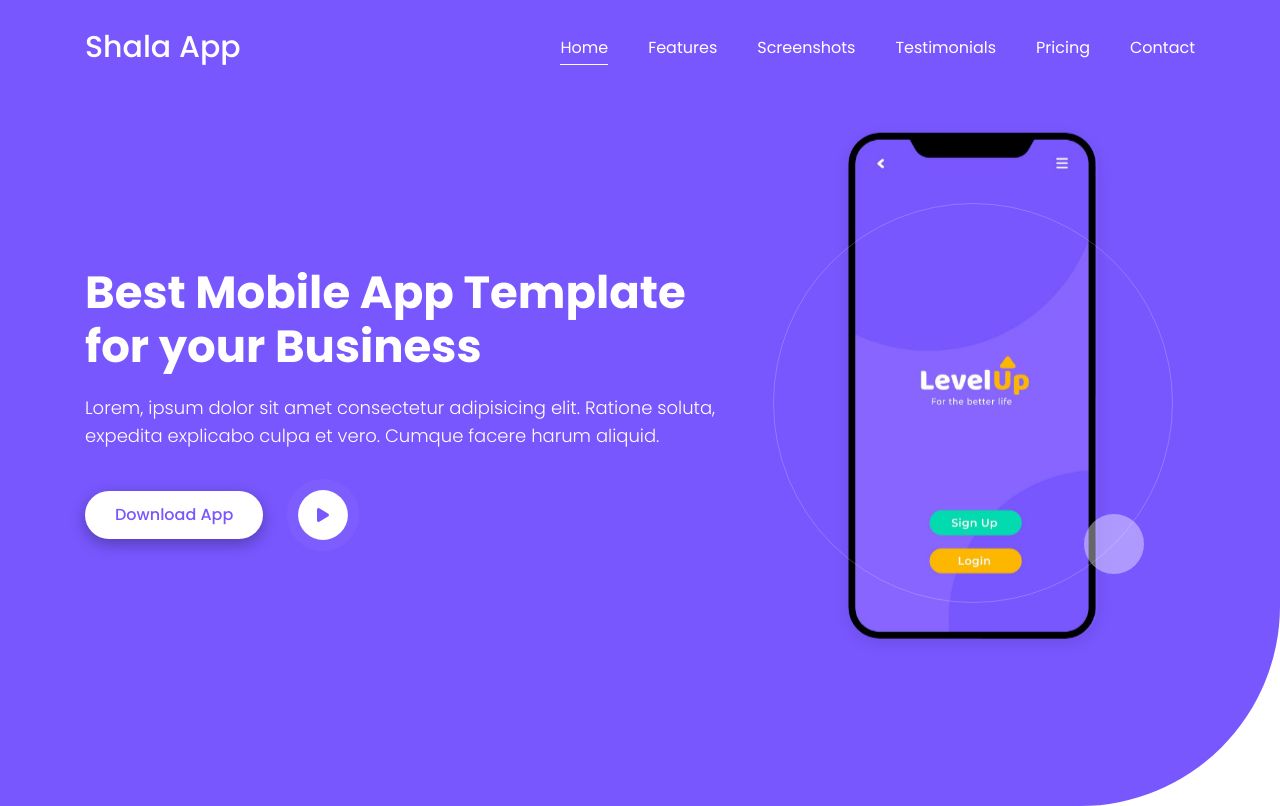
Repository: Mohamed-Hema/Shala-App
Page: index.html
An editor plug-in stored every save of this project. The page is shown before and after the next save, followed by the edit.
The browser window is 1280 px wide. The pictures show the whole page.
Some web libraries are served in a nearby version.

Above is the page before, as saved 2021-02-13 21:41:52.

After the next save:
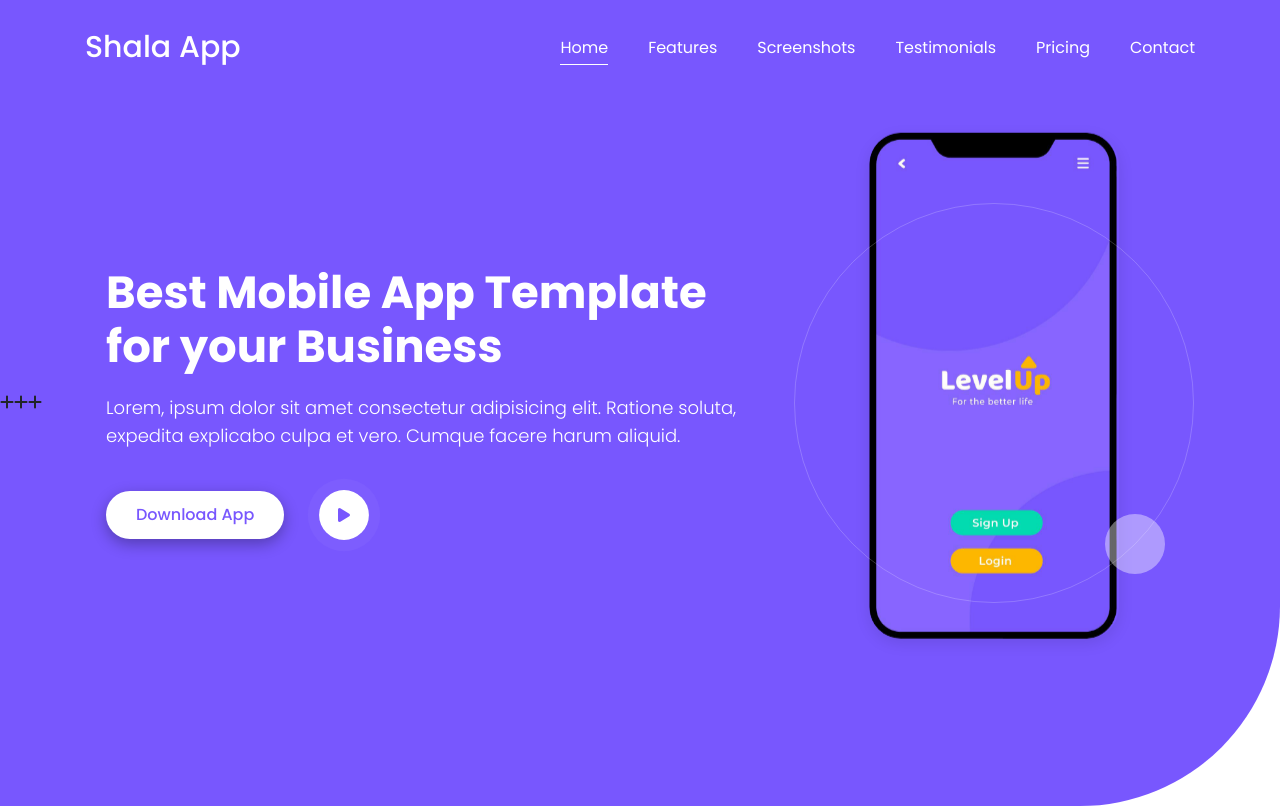
Saved 28 s later.
--- a/index.html
+++ b/index.html
@@ -55,7 +55,9 @@
   <!-- End NavBar -->
   <!-- Start Home Section -->
   <section class="home d-flex align-items-center">
-    <div class="effect-wrap"></div>
+    <div class="effect-wrap">
+      <i class="fas fa-plus effect effect-1"></i><i class="fas fa-plus effect effect-1"></i><i class="fas fa-plus effect effect-1"></i>
+    </div>
     <div class="container">
       <div class="row align-items-center">
         <div class="col-md-7">
